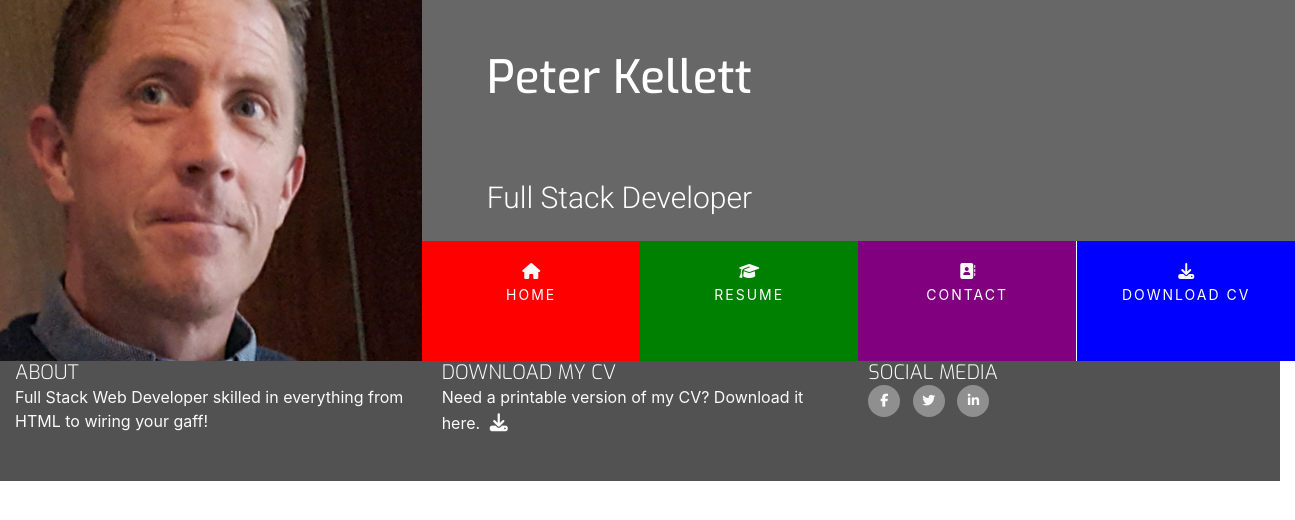
Repository: PeterKellett/ucd-resume
Page: index.html
The author's editor kept a record of every edit. The page is drawn from the files as they stood at one moment, then again after the next edit.
The browser window is 1280 px wide. The page is 1295 px wide, so the pictures cover 1295 px, including what lies to the right of the window. The pictures show the whole page.
Some web libraries are served in a nearby version.

Above is the page before.

### index.html
<!DOCTYPE html>
<html lang="en">

<head>
    <meta charset="UTF-8">
    <meta name="viewport" content="width=device-width, initial-scale=1.0">
    <meta http-equiv="X-UA-Compatible" content="ie=edge">
    <link rel="stylesheet" href="" type="text/css" />
    <link rel="stylesheet" href="https://stackpath.bootstrapcdn.com/bootstrap/4.3.1/css/bootstrap.min.css" integrity="sha384-ggOyR0iXCbMQv3Xipma34MD+dH/1fQ784/j6cY/iJTQUOhcWr7x9JvoRxT2MZw1T" crossorigin="anonymous">
    <script src="https://kit.fontawesome.com/5522ae6586.js"></script>
    <link rel="stylesheet" href="https://cdnjs.cloudflare.com/ajax/libs/hover.css/2.3.1/css/hover-min.css" type="text/css" />

    <link rel="stylesheet" href="assets/css/style.css" type="text/css" />
    <title>Peter</title>
</head>

<body>
    <!--header-->
    <header>
        <div class="row">
            <a href="index.html" class="col-md-4 logo"></a>
            <div class="col-md-8">
                <div class="row bg-color-name-title">
                    <div class="col heading">
                        <h1 class="name">Peter Kellett</h1>
                    </div>
                </div>
                <div class="row bg-color-name-title">
                    <div class="col heading">
                        <h2 class="title">Full Stack Developer</h2>
                    </div>
                </div>
                <div class="row menucontainer">
                    <a href="index.html" class="col-6 col-sm-3 tab-home hvr-sweep-to-bottom">
                        <i class="fas fa-home" aria-hidden="true"></i>
                        <span> Home</span>
                    </a>
                    <a href="resume.html" class="col-6 col-sm-3 tab-resume hvr-sweep-to-bottom">
                        <i class="fas fa-graduation-cap" aria-hidden="true"></i>
                        <span> Resume</span>
                    </a>
                    <a href="contact.html" class="col-6 col-sm-3 tab-contact hvr-sweep-to-bottom">
                        <i class="fas fa-address-book" aria-hidden="true"></i>
                        <span> Contact</span>
                    </a>
                    <a href="" class="col-6 col-sm-3 tab-cv hvr-sweep-to-bottom">
                        <i class="fas fa-download" aria-hidden="true"></i>
                        <span> Download CV</span>
                    </a>
                </div>
            </div>
        </div>
    </header>
    <!--End header-->

    <!--section-->
    <section>

    </section>
    <!--End section-->

    <!--footer-->
    <footer class="container-fluid">
        <div class="row">
            <div class="col-sm-4">
                <h5 class="uppercase general-sub">About</h5>
                <p class="inline-block">Full Stack Web Developer skilled in everything from HTML to wiring your gaff!</p>
            </div>
            <div class="col-sm-4">
                <h5 class="uppercase general-sub">Download my CV</h5>
                 <p class="inline-block">Need a printable version of my CV? Download it here.
                 <a href="#" target="_blank" class="cv-pdf">
                     <i class="fa fa-download" aria-hidden="true"></i>
                     <span class="sr-only">Download link.</span>
                 </a></p>
            </div>
            <div class="col-sm-4">
                <h5 class="uppercase general-sub">Social Media</h5>
                <ul class="list-inline social-links">
                    <li class="list-inline-item">
                        <a href="#" target="_blank">
                            <i class="fa fa-facebook" aria-hidden="true"></i>
                            <span class="sr-only">Facebook</span>
                        </a>
                    </li>
                    <li class="list-inline-item">
                        <a href="#" target="_blank">
                            <i class="fa fa-twitter" aria-hidden="true"></i>
                            <span class="sr-only">Twitter</span>
                        </a>
                    </li>
                    <li class="list-inline-item">
                        <a href="#" target="_blank">
                            <i class="fa fa-linkedin" aria-hidden="true"></i>
                            <span class="sr-only">LinkedIn</span>
                        </a>
                    </li>
                </ul>
            </div>
        </div>

    </footer>
    <!--End footer-->
</body>

</html>

### assets/css/style.css
@import url('https://fonts.googleapis.com/css?family=Roboto:100,200,300,400,500,600,700|Exo:100,200,300,400,500,600,700');

/*-----------------------------------Header--------*/

header {
    margin: 0;
}

.heading {
    margin-left: 50px;
}

.heading .name {
    font-family: "Exo", sans-serif;
    font-weight: 500;
    font-size: 46px;
    margin-top: 50px;
    margin-bottom: 50px;
    color: #ffffff;
}

.heading .title {
    font-family: "Roboto", sans-serif;
    font-weight: 300;
    font-size: 30px;
    margin-top: 25px;
    margin-bottom: 25px;
    color: #ffffff;
}

/*------------------------------------Headings--------------------*/

h1,
h2,
h3,
h4,
h5 {
    margin: 0;
}

/*---------------------------------General-------------------------*/
.uppercase {
    text-transform: uppercase;
}

.general-sub {
    font-family: "Exo", sans-serif;
    font-weight: 300;
    color: #fafafa;
}

.inline-block {
    display: inline-block;
}
/*--------------------------------Containers------------*/

.menucontainer {
    height: 120px;
    text-align: center;
    padding: 0;
}

.tab-home {
    background-color: red;
    color: #ffffff;
}

.tab-resume {
    background-color: green;
    color: #ffffff;
}

.tab-contact {
    background-color: purple;
    color: #ffffff;
}

.tab-cv {
    background-color: blue;
    color: #ffffff;
}


/*-------------------------------Colors----------*/

.bg-color-name-title {
    background-color: #676767;
}

/*---------------Logo----------*/

.logo {
    background: url("../images/profile_pic.png");
    background-position: center;
    background-repeat: no-repeat;
    background-size: cover;
    min-height: 360px;
    padding: 0;
    transition: all .5s ease-in-out;
    -moz-transition: all .5s ease-in-out;
    /*browser prefix*/
    -webkit-transition: all .5s ease-in-out;
    /*vendor prefix*/
    -o-transition: all .5s ease-in-out;
}

/*-------------------------------------Links----------------------*/

a:hover {
    text-decoration: none;
    font-weight: bold;
}

.menucontainer a i {
    padding-top: 22px;
    display: block;
    color: #fafafa;
}

.menucontainer a span {
    display: block;
    width: 100%;
    padding-top: 5px;
    text-transform: uppercase;
    font-size: 14px;
    font-weight: 400;
    letter-spacing: 2px;
}


/*-------------------------------FX Hover------------------------*/

.hvr-sweep-to-bottom:before {
    background-color: rgba(0, 0, 0, 0.2);
    height: 120px;
    padding: 0;
}


/*-------------------------------Footer-----------------------------*/
footer {
    background-color: #525252;
    color: #fafafa;
    min-height: 120px;
    margin: 0;
}

.cv-pdf {
    font-size: 18px;
    color: #fafafa;
    text-align: center;
    padding-left: 5px;
    transition: all 0.35s ease-in-out;
    -moz-transition: all 0.35s ease-in-out;
    -webkit-transition: all 0.35s ease-in-out;
    -o-transition: all 0.35s ease-in-out;
}

.cv-pdf i:hover {
    color: #e84610;
}

.social-links {
    padding-bottom: 15px;
}

.social-links li a i {
    width: 32px;
    height: 32px;
    padding: 12px 0;
    border-radius: 50%;
    font-size: 13px;
    line-height: 7px;
    text-align: center;
    color: #fafafa;
    background-color: #8f8f8f;
    -moz-transition: all 0.35s ease-in-out;
    -webkit-transition: all 0.35s ease-in-out;
    -o-transition: all 0.35s ease-in-out;
}

.social-links li a i:hover {
    background-color: #e84610;
}

After the next edit:
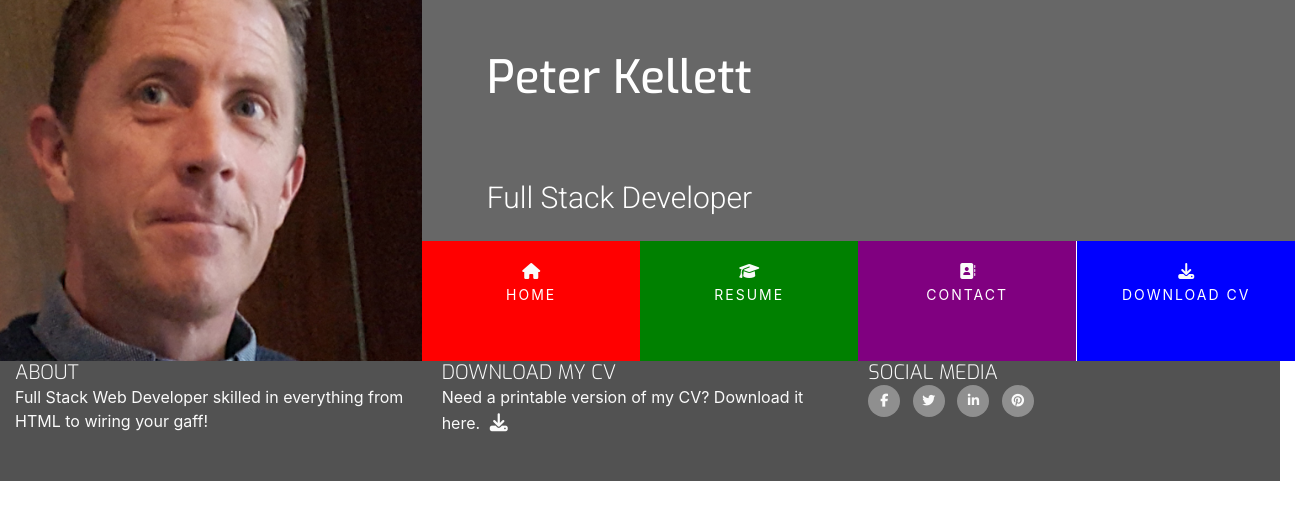
The edit:
--- a/index.html
+++ b/index.html
@@ -95,6 +95,12 @@
                             <span class="sr-only">LinkedIn</span>
                         </a>
                     </li>
+                    <li class="list-inline-item">
+                        <a href="#" target="_blank">
+                            <i class="fa fa-pinterest" aria-hidden="true"></i>
+                            <span class="sr-only">Pinterest</span>
+                        </a>
+                    </li>
                 </ul>
             </div>
         </div>
